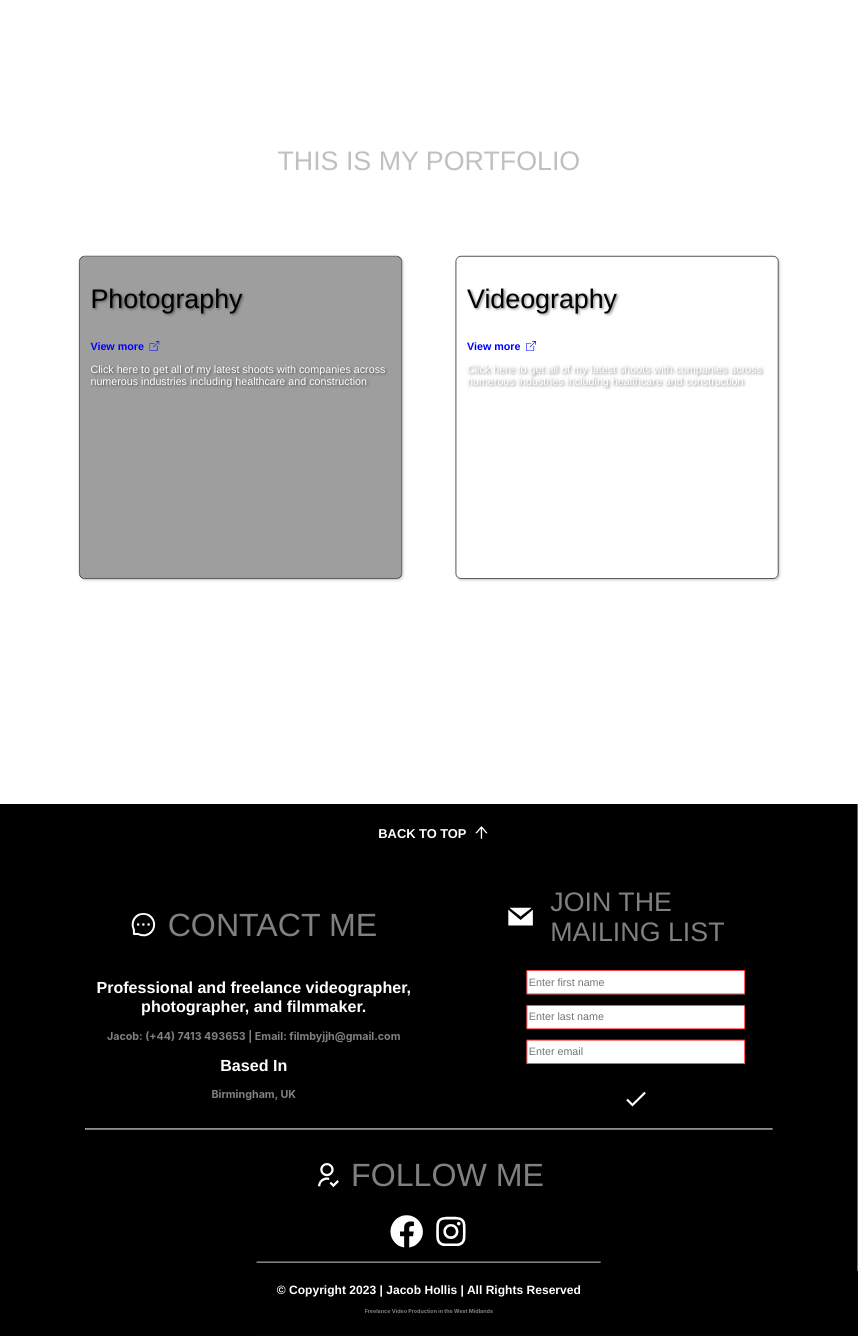
Repository: ThomasMTurner/filmbyjjh-portfolio
Page: /portfolio (app in client/)
The author's editor kept a copy of each file at every save. The page is drawn from the files as they stood at one save, then again after the next save.
The browser window is 1280 px wide. The pictures show the whole page, at 67% of full size.
Pictures or frames that could not be fetched are drawn as grey boxes. The project was rebuilt for these pictures with package versions that can differ from the ones it lists, and the page was loaded fresh each time. Also part of the build but not shown: client/vite.config.js, client/src/pages/Components/TagComponents.jsx, client/src/pages/Components/Post.jsx, client/src/pages/Components/SearchBar.jsx, client/src/pages/Updates.jsx, client/src/pages/Contact.jsx, client/src/pages/Components/InitialLogin.jsx, client/src/pages/Home.jsx and 2 more. Imported but missing from the stored project, and not drawn on this page: client/src/pages/Components/Videos/header.mp4, client/src/pages/Components/Videos/portfolio-reel.mp4.

Above is the page before, as saved 2023-10-20 13:04:59.

After the next save:
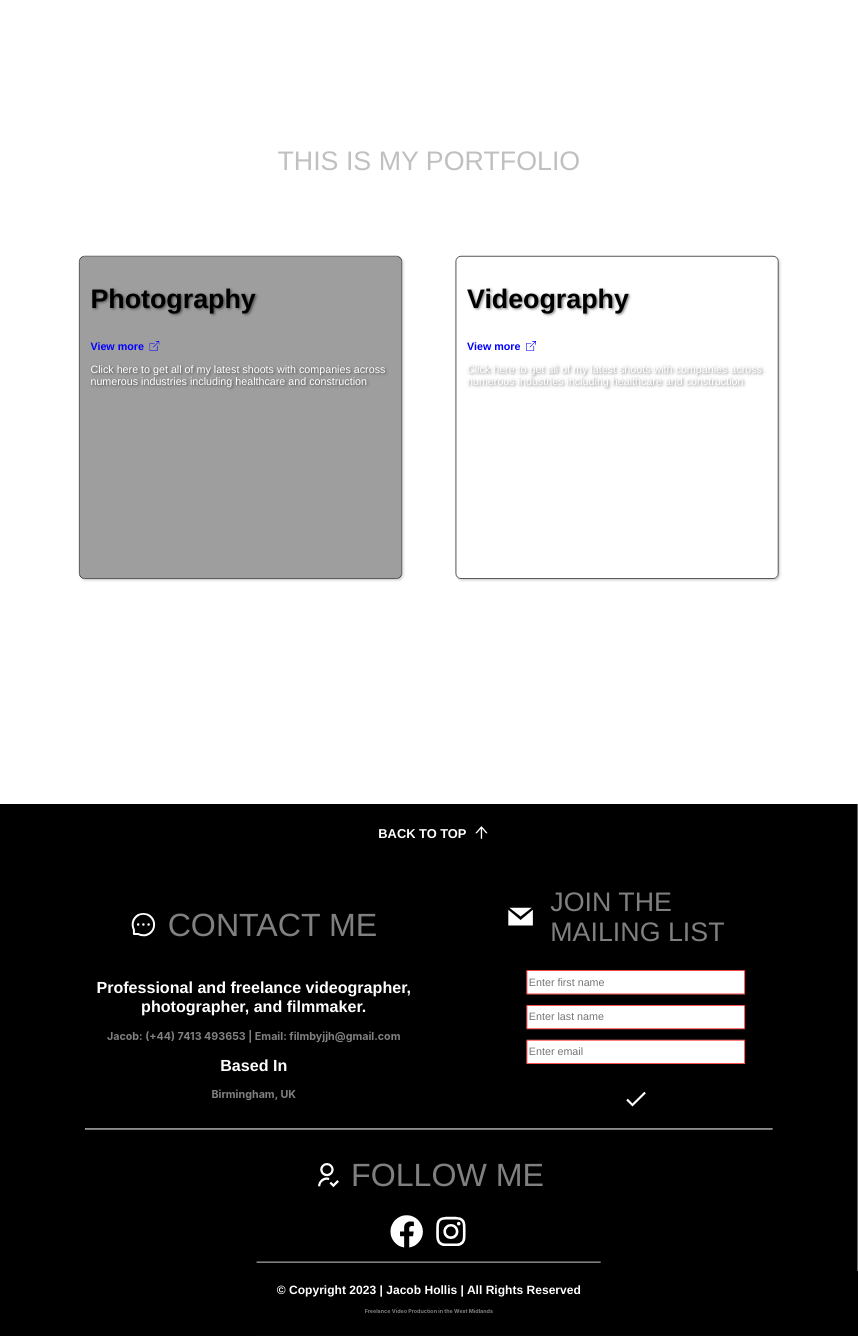
Saved 31 s later.
--- a/client/src/pages/Portfolio.jsx
+++ b/client/src/pages/Portfolio.jsx
@@ -6,7 +6,7 @@ const PortfolioCard = (props) => {
     console.log(props.title.toLowerCase().slice(0, 5))
     return (
         <div className={`portfolio-card portfolio-card-${props.title.toLowerCase()}`}>
-            <p style={{fontFamily:'helvetica', fontWeight:'200', fontSize:'2.5rem', color:'black'}}>{props.title}</p>
+            <p style={{fontFamily:'helvetica', fontWeight:'bold', fontSize:'2.5rem', color:'black'}}>{props.title}</p>
             <button className='portfolio-card-button' type="button" onClick={() => navigate(`/portfolio/${props.title.toLowerCase().slice(0, 5)}`)}>View more <BsBoxArrowUpRight color={'blue'} size={15} /></button>
             <p style={{fontFamily:'helvetica', fontWeight:'200', fontSize:'1rem'}}>{props.desc}</p>
         </div>
